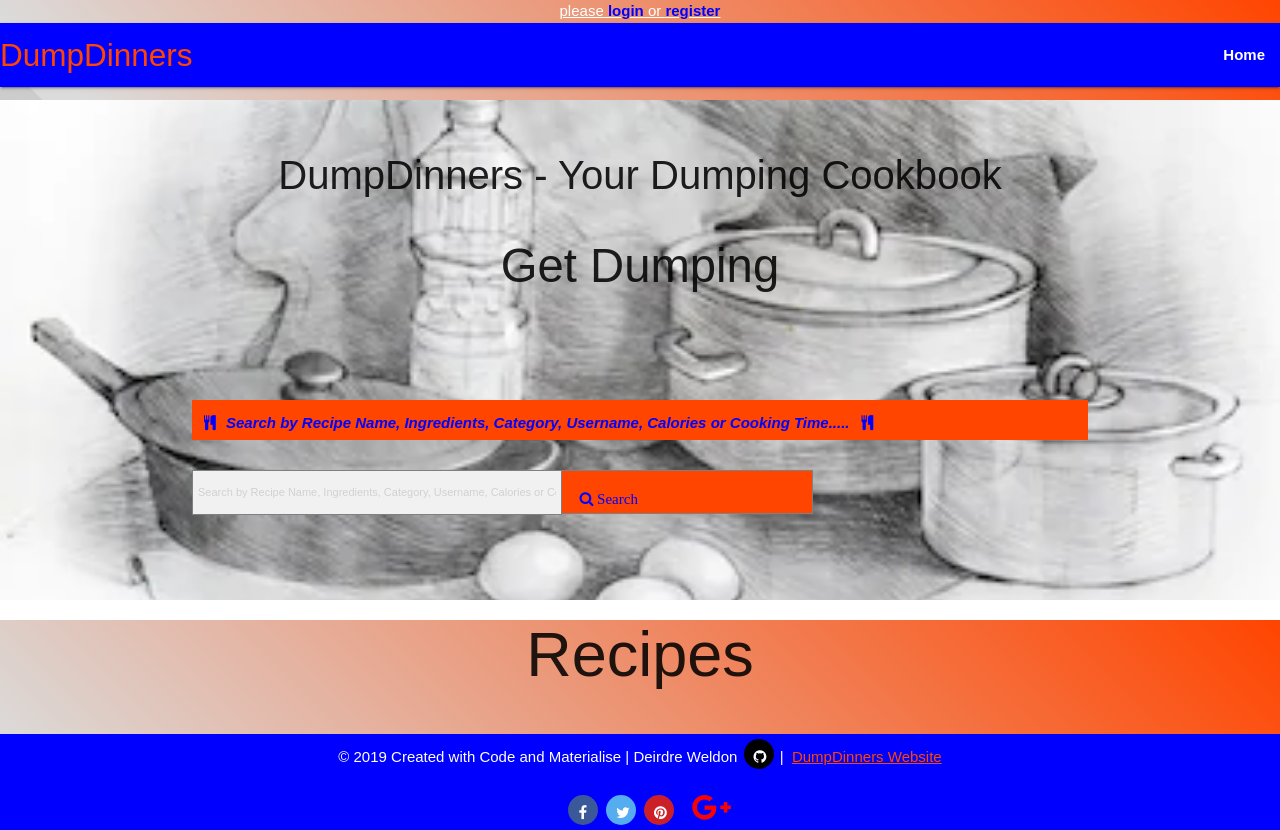
Repository: Deirdre18/dumpdinners-recipe-app
Page: http://localhost/
The author's editor kept a record of every edit. The page is drawn from the files as they stood at one moment, then again after the next edit.
The browser window is 1280 px wide. The pictures show the whole page.
Some web libraries are served in a nearby version. The page is served by the project's application, run on Flask 3 (app.py). Queries for data that is not in the repository find no rows.

Above is the page before.

After the next edit:
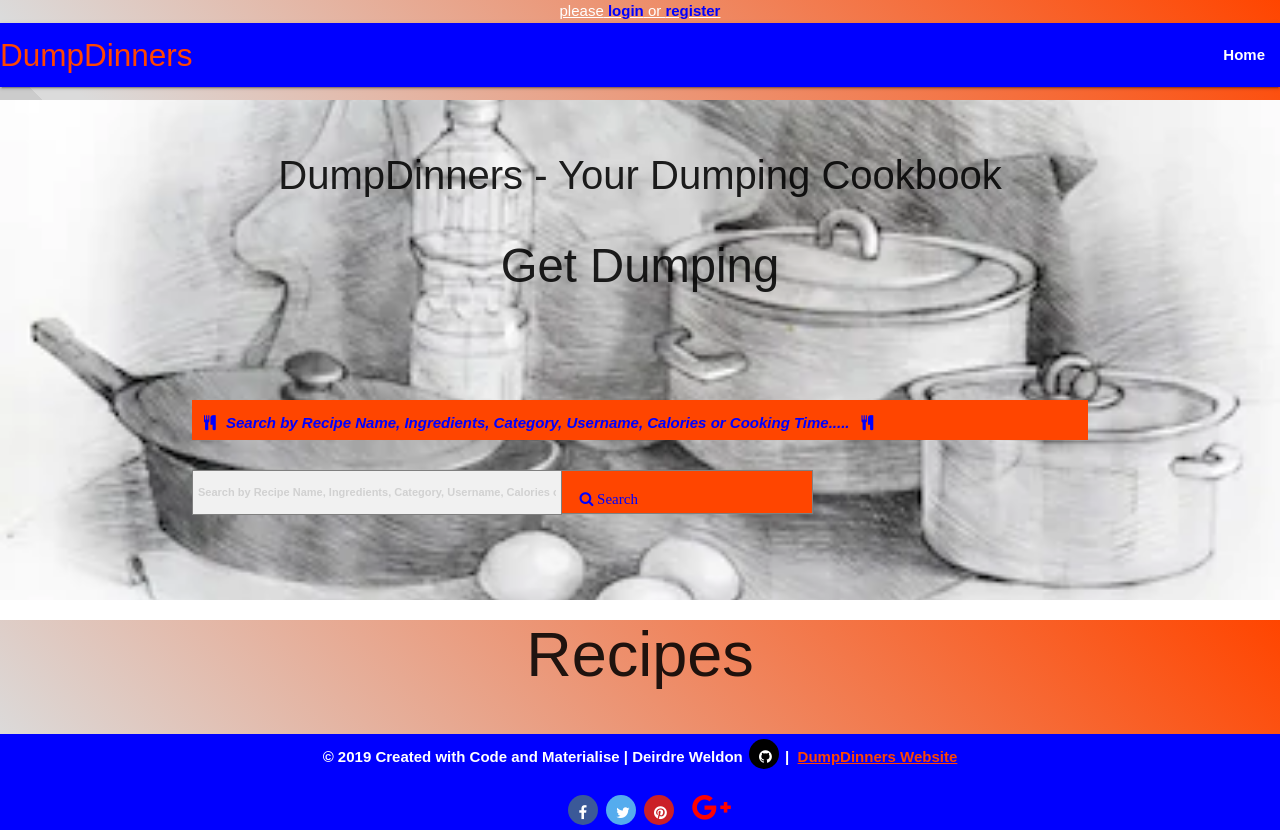
The edit:
--- a/templates/base.html
+++ b/templates/base.html
@@ -159,7 +159,7 @@
                          <h6 class="lead-search" style="background-color:orangered; color:blue; text-align:left"><strong><i><i class="fa fa-cutlery" style="font-size: 15px"></i>Search by Recipe Name, Ingredients, Category, Username, Calories or Cooking Time.....</i></strong><i class="fa fa-cutlery" style="font-size: 15px"></i></h6><br>
 
 
-                         <form class="example" action="{{ url_for('search') }}">
+                         <strong><form class="example" action="{{ url_for('search') }}">
                             <input type="text" placeholder="Search by Recipe Name, Ingredients, Category, Username, Calories or Cooking Time...." required name="query" style="margin-top:1px; width:40%; height:3em !important" style="color:black">
                             <div id="search">
                                 <button type="submit" style="margin-top:1px; width:28%; height:4em !important; background-color:orangered"><strong><i class="fa fa-search" style="font-size:15px;float:left;color:blue">&nbspSearch</strong></i></button>

After the edit that followed:
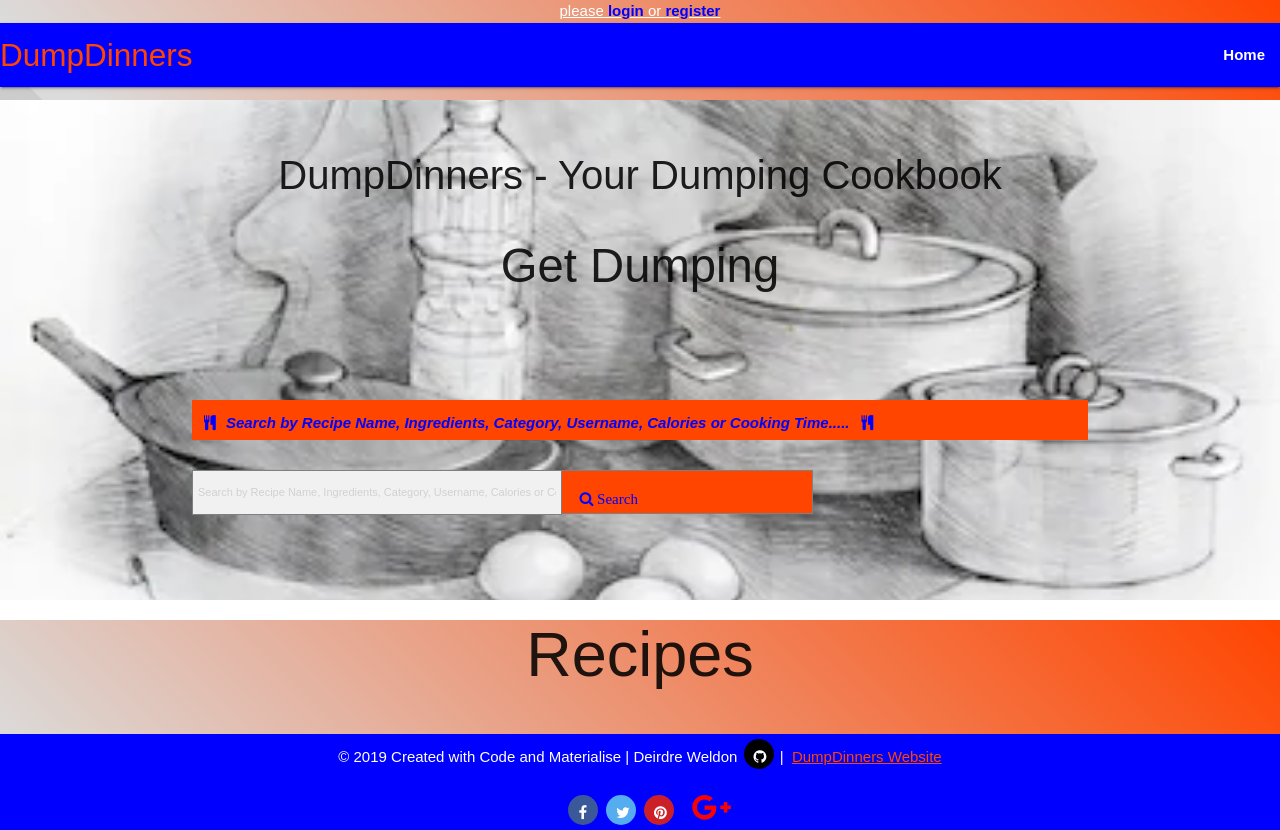
The edit:
--- a/templates/base.html
+++ b/templates/base.html
@@ -159,7 +159,7 @@
                          <h6 class="lead-search" style="background-color:orangered; color:blue; text-align:left"><strong><i><i class="fa fa-cutlery" style="font-size: 15px"></i>Search by Recipe Name, Ingredients, Category, Username, Calories or Cooking Time.....</i></strong><i class="fa fa-cutlery" style="font-size: 15px"></i></h6><br>
 
 
-                         <strong><form class="example" action="{{ url_for('search') }}">
+                         <form class="example" action="{{ url_for('search') }}">
                             <input type="text" placeholder="Search by Recipe Name, Ingredients, Category, Username, Calories or Cooking Time...." required name="query" style="margin-top:1px; width:40%; height:3em !important" style="color:black">
                             <div id="search">
                                 <button type="submit" style="margin-top:1px; width:28%; height:4em !important; background-color:orangered"><strong><i class="fa fa-search" style="font-size:15px;float:left;color:blue">&nbspSearch</strong></i></button>
